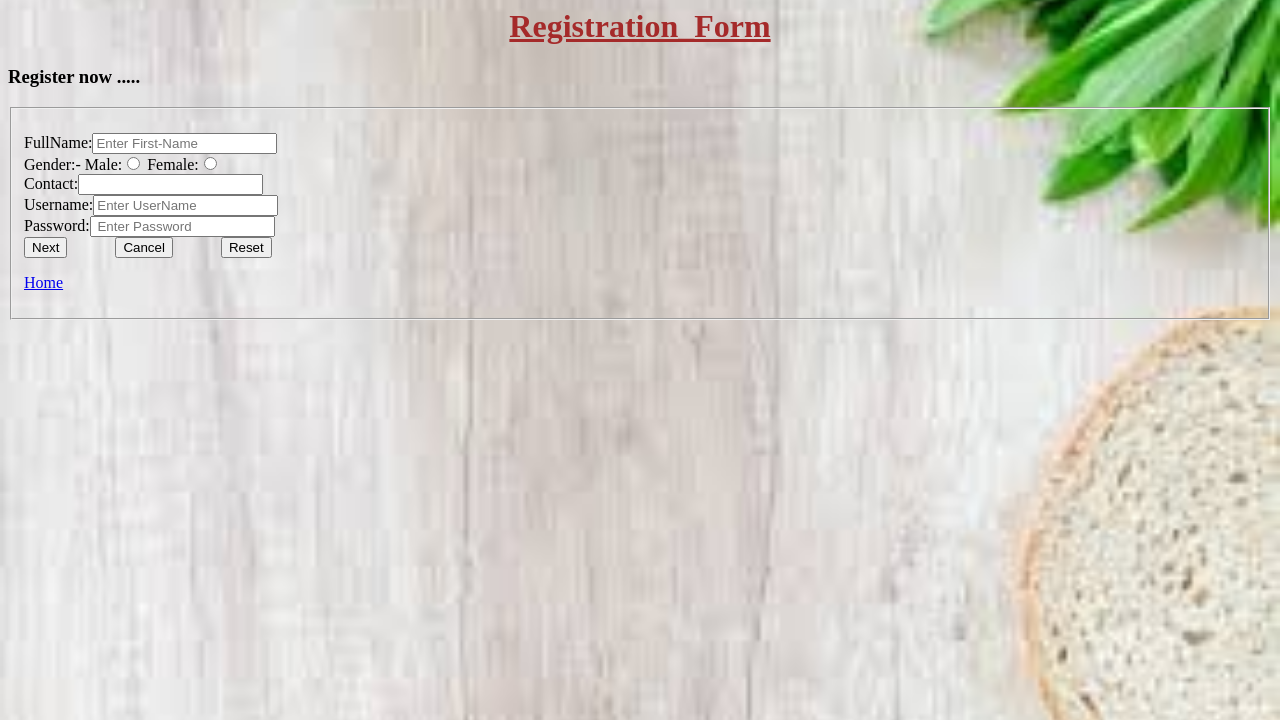
Repository: AJEET006/AdvanceJava-DSA
Page: ADVANCE_JAVA/NewProject/WebContent/registration.html
An editor plug-in stored every save of this project. The page is shown before and after the next save, followed by the edit.
The browser window is 1280 px wide. The pictures show the whole page.

Above is the page before, as saved 2022-06-24 13:16:37.

### ADVANCE_JAVA/NewProject/WebContent/registration.html
<html>
    <head>
        <title>
            Registration-form
        </title>
        <h1 style="color: brown;"><center><u>Registration_Form</u></center></h1>
      <h3>Register now .....</h3>

    </head>

    <body >
     <style>
            body{ background-image: url("register1.jpg"); background-position:center; background-size:cover; background-repeat:no-repeat;background-attachment:fixed;}
     </style>
        <fieldset>
            <form action='Signup' method='POST' >
                 <br />
        	  FullName:<input type="Text" placeholder="Enter First-Name" name='FName' />
                <br/>
                Gender:-
                Male:<input type='radio' value='Male' name='Gender'/>
                Female:<input type='radio' value='Female' name='Gender'/>
                </br>
                Contact:<input type='number' name='Contact'/>
                <br/>
                Username:<input type="Text" name ='Uname' placeholder="Enter UserName " />
                <br/>
                Password:<input type="password" name='PWD' placeholder=" Enter Password " />
                 <br/>
               <input type="submit" value="Next">&emsp;&emsp;&emsp;<input type="button" value="Cancel">&emsp;&emsp;&emsp;<input type="Reset" value="Reset">
            </p>
            <a href="Welcome.html">Home</a><br />
            </form>
            </fieldset>
            </body>

            </html>

After the next save:
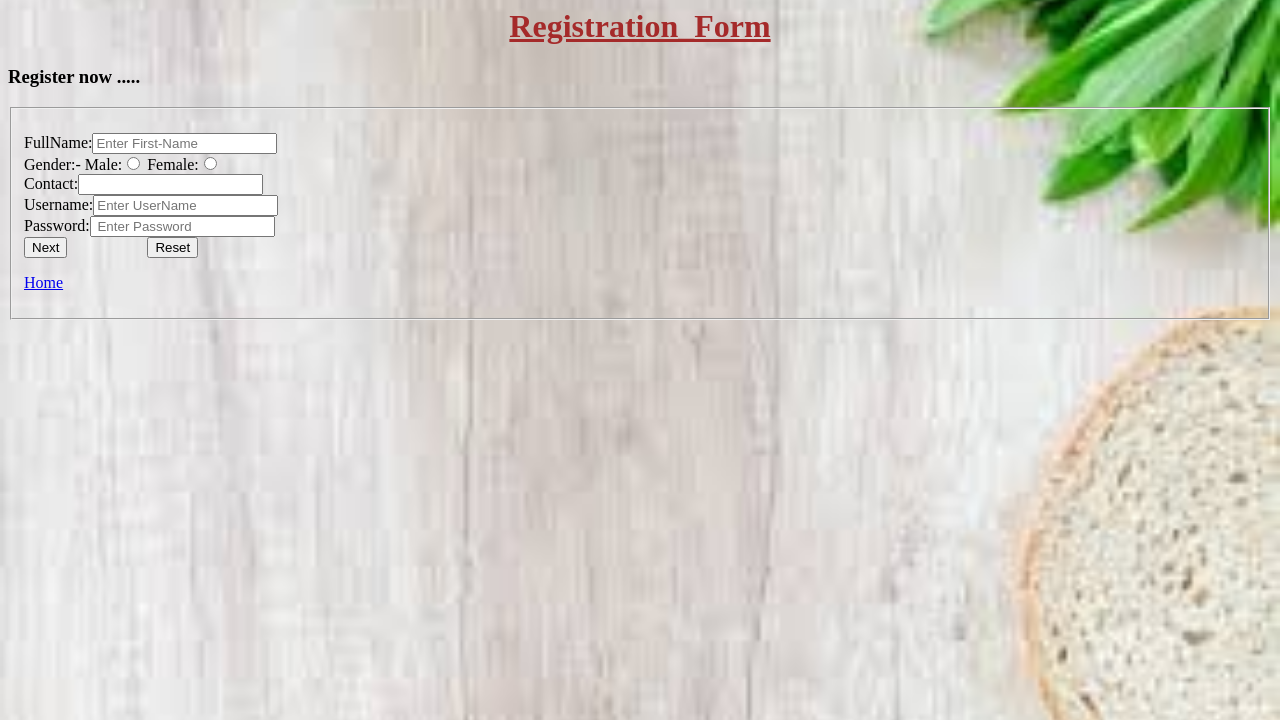
Saved 76 s later.
--- a/ADVANCE_JAVA/NewProject/WebContent/registration.html
+++ b/ADVANCE_JAVA/NewProject/WebContent/registration.html
@@ -27,7 +27,7 @@
                 <br/>
                 Password:<input type="password" name='PWD' placeholder=" Enter Password " />
                  <br/>
-               <input type="submit" value="Next">&emsp;&emsp;&emsp;<input type="button" value="Cancel">&emsp;&emsp;&emsp;<input type="Reset" value="Reset">
+               <input type="submit" value="Next">&emsp;&emsp;&emsp;&emsp;&emsp;<input type="Reset" value="Reset">
             </p>
             <a href="Welcome.html">Home</a><br />
             </form>
